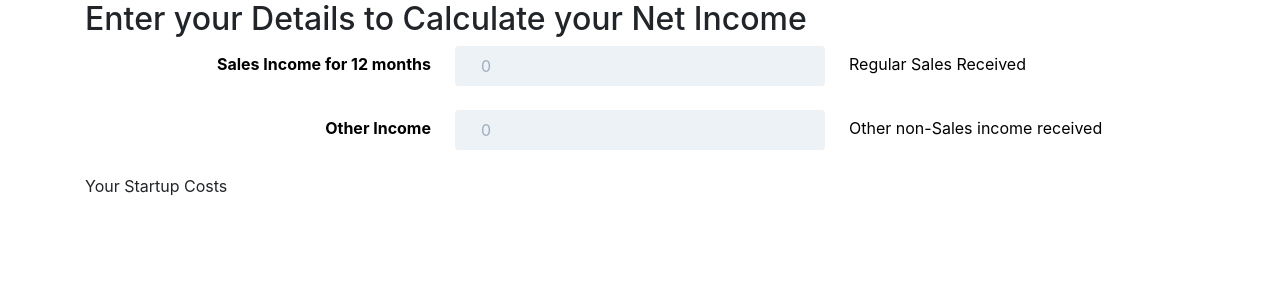
Repository: latenightsnacc/Financial-Forecast
Page: financial-forecast.html
The author's editor kept a copy of each file at every save. The page is drawn from the files as they stood at one save, then again after the next save.
The browser window is 1280 px wide. The pictures show the whole page.

Above is the page before, as saved 2020-11-15 11:43:10.

After the next save:
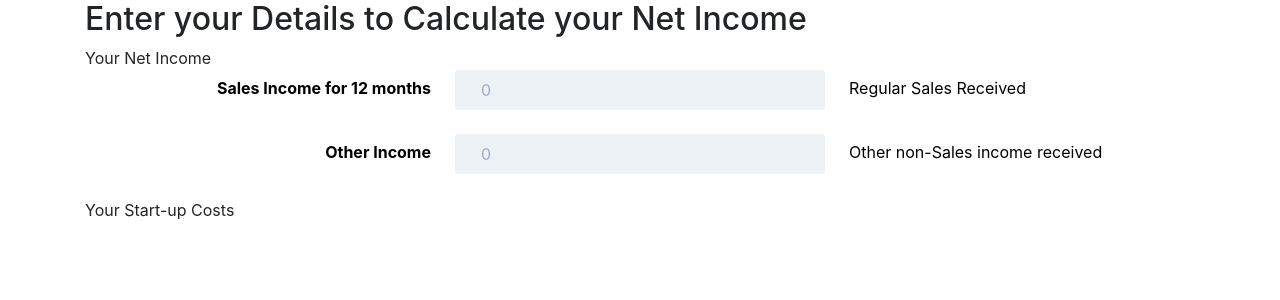
Saved 36 s later.
--- a/financial-forecast.html
+++ b/financial-forecast.html
@@ -24,6 +24,7 @@
             <!--FORM-->
             <form class="w-full max-w-none">
             <!--NET INCOME-->
+                <div class="title">Your Net Income</div>
                 <!--Sales Income-->
                 <div class="md:flex md:items-center mb-6">
                   <div class="md:w-1/3">
@@ -57,7 +58,7 @@
                     </div>
                 </div>
             <!--STARTUP COSTS-->
-                <div class="title">Your Startup Costs</div>
+                <div class="title">Your Start-up Costs</div>
               </form>
         </div>
     </div>
